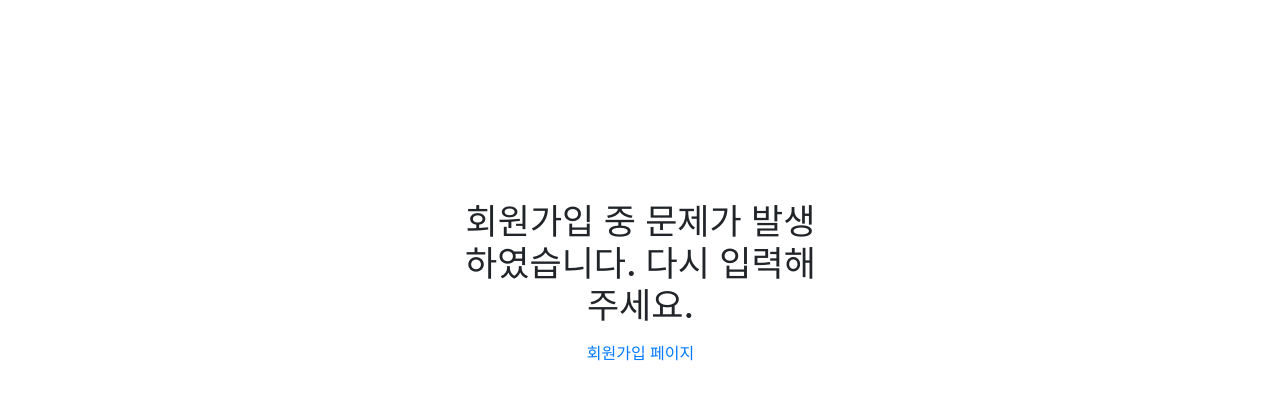
Repository: Jungsol/Servlet_JSP_study
Page: http://localhost/JSP/ex14Join/joinFalse.jsp
An editor plug-in stored every save of this project. The page is shown before and after the next save, followed by the edit.
The browser window is 1280 px wide. The pictures show the whole page.
Some web libraries are served in a nearby version. The page is served by Tomcat 9.

Above is the page before, as saved 2023-06-19 10:42:48.
Console error: TypeError: Cannot read properties of undefined (reading 'fn')

After the next save:
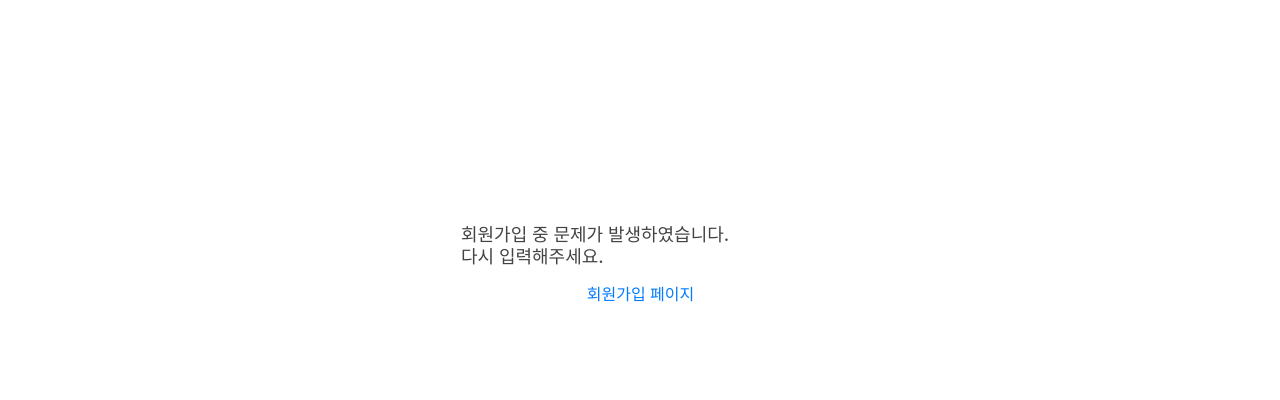
Saved 27 s later.
--- a/JSP/src/main/webapp/ex14Join/joinFalse.jsp
+++ b/JSP/src/main/webapp/ex14Join/joinFalse.jsp
@@ -14,10 +14,11 @@
 	<div class="container">
 			<div class="main-div">
 			    <div class="panel">
-				    <h1>
-				    	회원가입 중 문제가 발생하였습니다.
+				    <br>
+				    <h2>
+				    	회원가입 중 문제가 발생하였습니다.<br>
 				    	다시 입력해주세요.
-				    </h1>
+				    </h2>
 				    <!-- login.html로 이동하는 하이퍼링크를 만드시오.. -->
 				    <a href="join.html">회원가입 페이지</a>
 			    </div>
